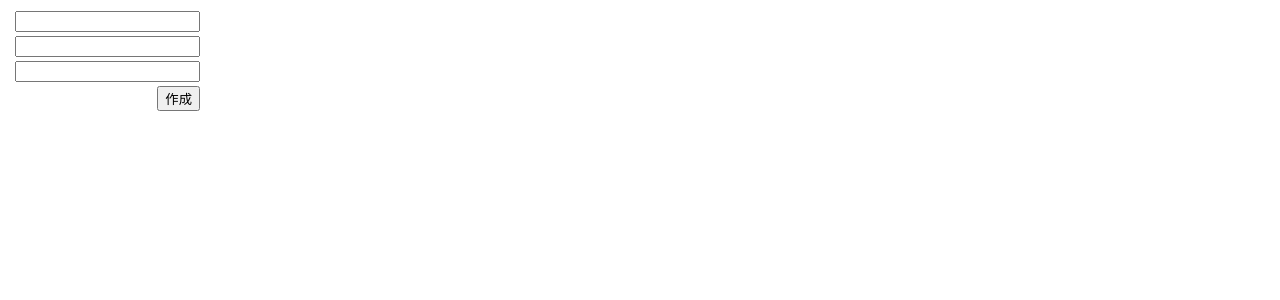
Repository: kousuke-2047/test
Page: http://localhost/Rensyu/usercreate.jsp
These files come from the project's save history. The page is drawn as it stood at one moment and after the next save; the edit follows.
The browser window is 1280 px wide. The pictures show the whole page.
The page is served by Tomcat 9. Other server files are loaded and not shown.

Above is the page before, as saved 2018-06-07 08:23:56.

### Rensyu/WebContent/usercreate.jsp
<%@ page language="java" contentType="text/html; charset=UTF-8"
    pageEncoding="UTF-8"%>
<%@ taglib prefix ="s" uri="/struts-tags" %>
<!DOCTYPE html>
<html>
<head>
	<meta http-equiv="Content-Type" content="text/html; charset=UTF-8">
	<meta http-equiv="Content-Style-Type" content="text/css"/>
	<meta http-equiv="Content-Script-Type" content= "text/javascript" />
	<meta http-equiv="imagetoolbar" content= "no" />
	<meta name = "description" content="" />
	<meta name="keywords" content="" />
<title>ユーザー作成画面</title>

</head>
<body>

	<s:form action ="UserCreateFAction">


		<s:textfield name ="createId"/>
		<s:textfield name ="createPass"/>
		<s:textfield name ="createName"/>


		<s:submit value ="作成"/>

	</s:form>



</body>
</html>

After the next save:
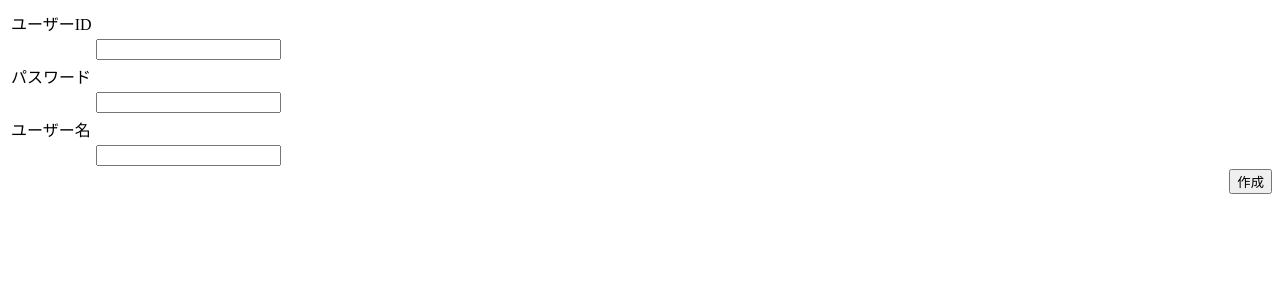
Saved 3 min 19 s later.
--- a/Rensyu/WebContent/usercreate.jsp
+++ b/Rensyu/WebContent/usercreate.jsp
@@ -17,12 +17,21 @@
 
 	<s:form action ="UserCreateFAction">
 
+		<table>
 
-		<s:textfield name ="createId"/>
-		<s:textfield name ="createPass"/>
-		<s:textfield name ="createName"/>
-
-
+			<tr>
+				<td>ユーザーID</td>
+				<td><s:textfield name ="createId"/></td>
+			</tr>
+			<tr>
+				<td>パスワード</td>
+				<td><s:textfield name ="createPass"/></td>
+			</tr>
+			<tr>
+				<td>ユーザー名</td>
+				<td><s:textfield name ="createName"/></td>
+			</tr>
+		</table>
 		<s:submit value ="作成"/>
 
 	</s:form>
